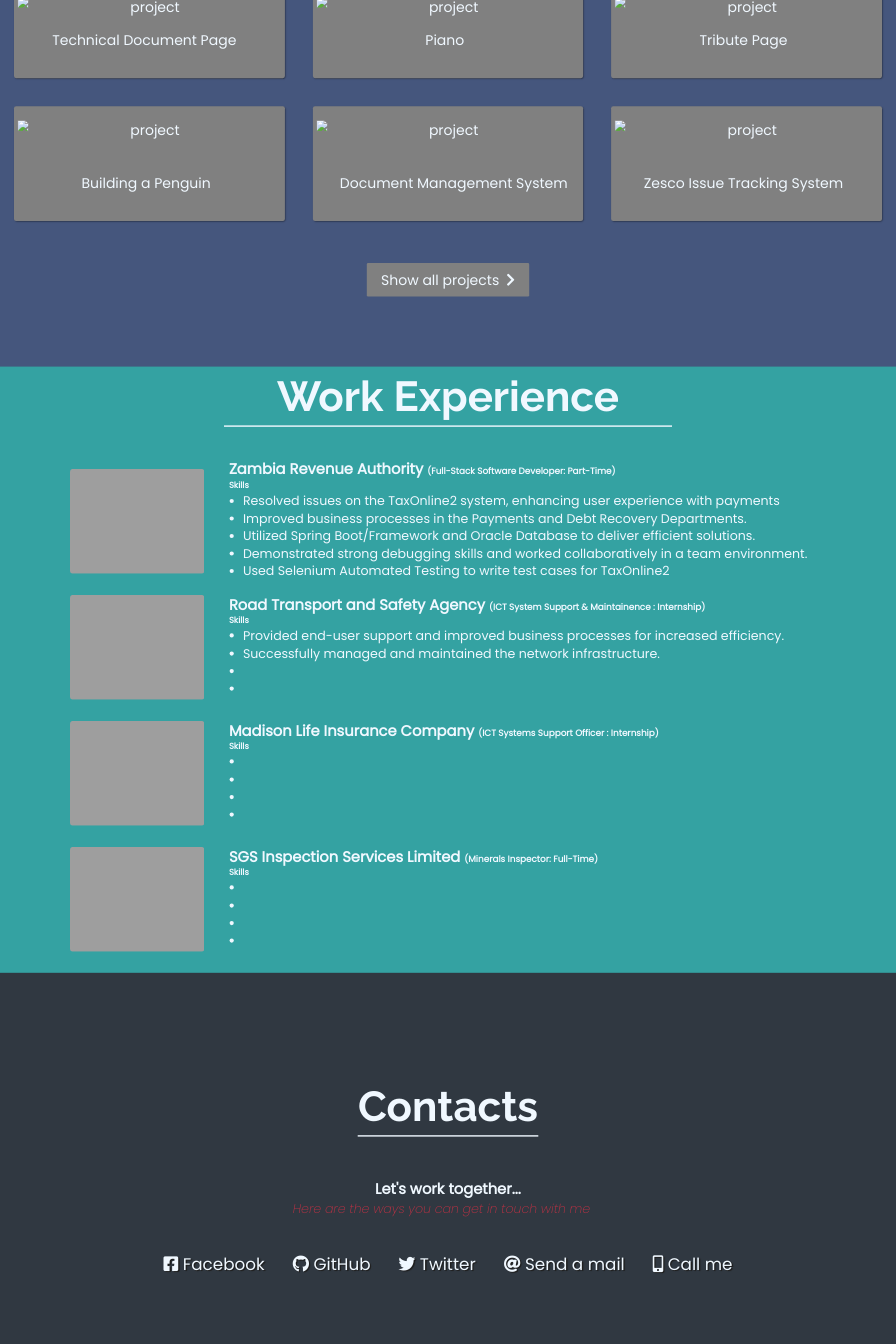
Repository: Lungdjos/personal_portifolio
Page: html/index.html
An editor plug-in stored every save of this project. The page is shown before and after a run of saves, followed by the edit.
The browser window is 1280 px wide. The pictures show the part of the page from y = 1074 to 2994 px (the page is 3144 px tall), at 70% of full size.
Pictures or frames that could not be fetched are drawn as grey boxes. Some web libraries are served in a nearby version.

Above is the page before, as saved 2024-02-04 02:27:49.

After the next 2 saves:
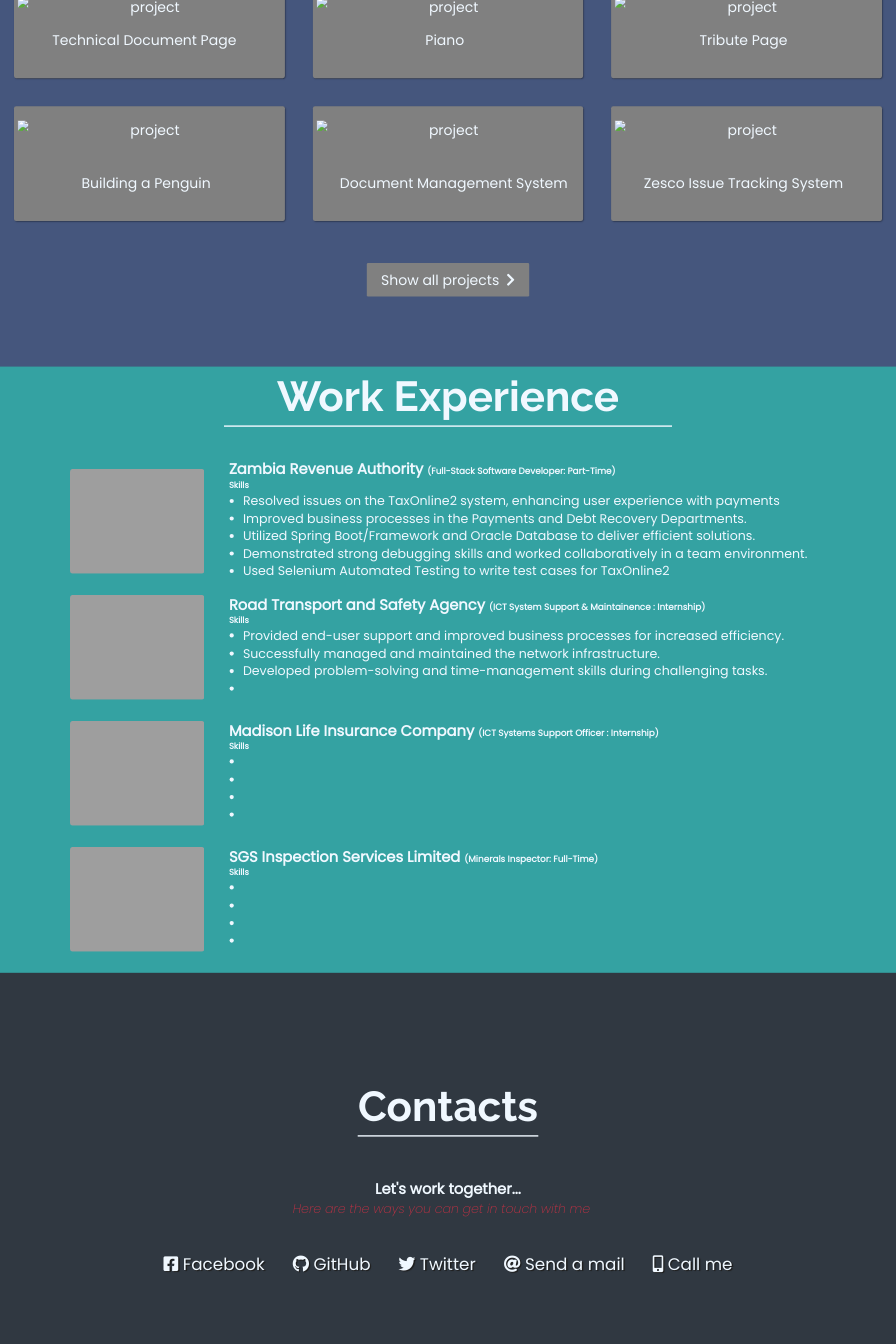
The 2 saves are shown as one change because they came seconds apart.
The last was saved 20 s later.
--- a/html/index.html
+++ b/html/index.html
@@ -121,7 +121,7 @@
                         <ul>
                             <li>Provided end-user support and improved business processes for increased efficiency.</li>
                             <li>Successfully managed and maintained the network infrastructure.</li>
-                            <li></li>
+                            <li>Developed problem-solving and time-management skills during challenging tasks.</li>
                             <li></li>
                         </ul>
                     </p>
